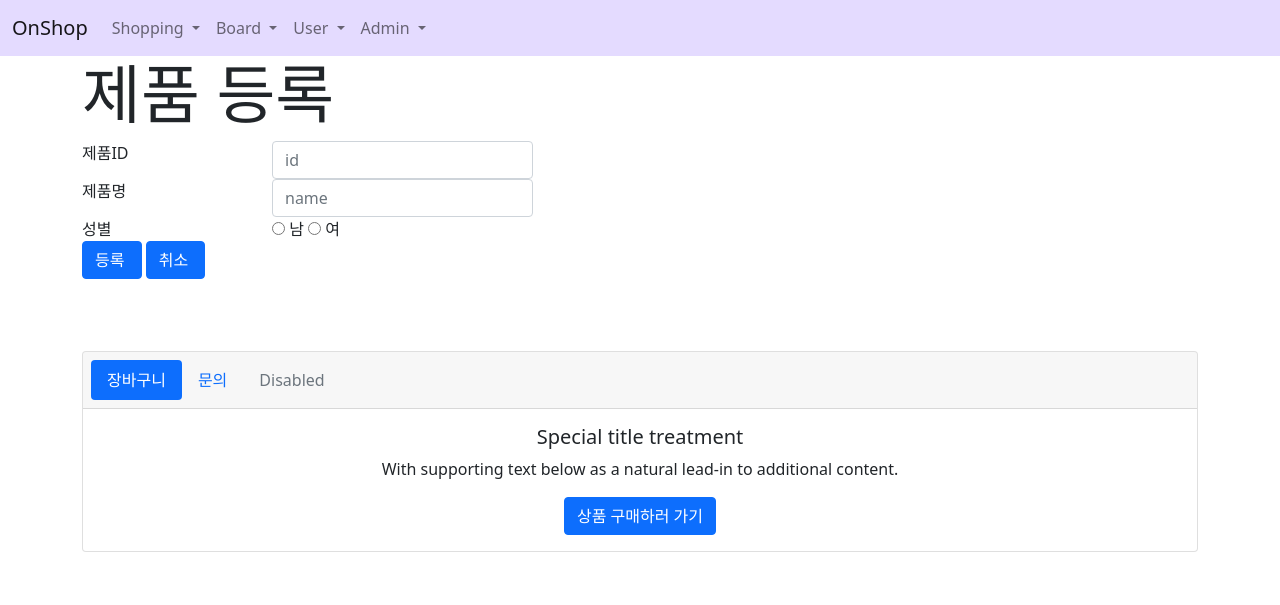
Repository: HimNahyeon/devClassBackup
Page: http://localhost/WebShop2/product/addProduct.jsp
These files come from the project's save history. The page is drawn as it stood at one moment and after the next save; the edit follows.
The browser window is 1280 px wide. The pictures show the whole page.
The page is served by Tomcat 9. Other server files are loaded and not shown.

Above is the page before, as saved 2021-11-04 06:09:10.

### jsp/WebShop2/WebContent/product/addProduct.jsp
<%@ page language="java" contentType="text/html; charset=UTF-8"
    pageEncoding="UTF-8"%>
<!DOCTYPE html>
<html>
<head>
<meta charset="UTF-8">
<title>제품등록</title>
</head>
<body>
<%@ include file = "../header.jsp" %>
	   <div class="jumbotron">
      <div class="container">
         <h1 class="display-3">제품 등록</h1>
      </div>
   </div>

   <div class="container">
      <form name="newProduct" class="form-horizontal"  action="addCheck.jsp" method="post" onsubmit="return checkForm()">
         <div class="form-group  row">
            <label class="col-sm-2 ">제품ID</label>
            <div class="col-sm-3">
               <input name="id" type="text" class="form-control" placeholder="id" >
            </div>
         </div>
         <div class="form-group  row">
            <label class="col-sm-2">제품명</label>
            <div class="col-sm-3">
               <input name="name" type="text" class="form-control" placeholder="name" >
            </div>
         </div>
         <div class="form-group  row">
            <label class="col-sm-2">성별</label>
            <div class="col-sm-10">
               <input name="gender" type="radio" value="남" /> 남
               <input name="gender" type="radio" value="여" /> 여
            </div>
         </div>
         <div class="form-group  row">
            <div class="col-sm-offset-2 col-sm-10 ">
               <input type="submit" class="btn btn-primary " value="등록 " >
               <input type="reset" class="btn btn-primary " value="취소 " onclick="reset()" >
            </div>
         </div>
      </form>
<%@ include file = "../footer.jsp" %>
</body>
</html>

### jsp/WebShop2/WebContent/header.jsp
<%@ page language="java" contentType="text/html; charset=UTF-8"
    pageEncoding="UTF-8"%>
<!DOCTYPE html>
<html>
<head>
<meta charset="UTF-8">
<link href="https://cdn.jsdelivr.net/npm/bootstrap@5.1.3/dist/css/bootstrap.min.css" rel="stylesheet" integrity="sha384-1BmE4kWBq78iYhFldvKuhfTAU6auU8tT94WrHftjDbrCEXSU1oBoqyl2QvZ6jIW3" crossorigin="anonymous">
<script src="https://cdn.jsdelivr.net/npm/bootstrap@5.1.3/dist/js/bootstrap.bundle.min.js" integrity="sha384-ka7Sk0Gln4gmtz2MlQnikT1wXgYsOg+OMhuP+IlRH9sENBO0LRn5q+8nbTov4+1p" crossorigin="anonymous"></script>
<title>Insert title here</title>
</head>
<body>
<nav class="navbar navbar-expand-lg navbar-light" style="background-color: #e4dbff;">
  <div class="container-fluid">
    <a class="navbar-brand" href="/">OnShop</a>
    <button class="navbar-toggler" type="button" data-bs-toggle="collapse" data-bs-target="#navbarNavDropdown" aria-controls="navbarNavDropdown" aria-expanded="false" aria-label="Toggle navigation">
      <span class="navbar-toggler-icon"></span>
    </button>
    <div class="collapse navbar-collapse" id="navbarNavDropdown">
      <ul class="navbar-nav">
		<li class="nav-item dropdown">
          <a class="nav-link dropdown-toggle" href="#" id="navbarDropdownMenuLink" role="button" data-bs-toggle="dropdown" aria-expanded="false">
            Shopping
          </a>
          <ul class="dropdown-menu" aria-labelledby="navbarDropdownMenuLink">
            <li><a class="dropdown-item" href="/product/products.jsp">상품목록</a></li>
            <li><a class="dropdown-item" href="#">장바구니</a></li>
          </ul>
        </li>
		<li class="nav-item dropdown">
          <a class="nav-link dropdown-toggle" href="#" id="navbarDropdownMenuLink" role="button" data-bs-toggle="dropdown" aria-expanded="false">
            Board
          </a>
          <ul class="dropdown-menu" aria-labelledby="navbarDropdownMenuLink">
            <li><a class="dropdown-item" href="#">글목록</a></li>
            <li><a class="dropdown-item" href="#">글쓰기</a></li>
          </ul>
        </li>
     	<li class="nav-item dropdown">
          <a class="nav-link dropdown-toggle" href="#" id="navbarDropdownMenuLink" role="button" data-bs-toggle="dropdown" aria-expanded="false">
            User
          </a>
          <ul class="dropdown-menu" aria-labelledby="navbarDropdownMenuLink">
            <li><a class="dropdown-item" href="/member/loginMember.jsp">로그인</a></li>
            <li><a class="dropdown-item" href="#">로그아웃</a></li>
            <li><a class="dropdown-item" href="#">회원가입</a></li>
            <li><a class="dropdown-item" href="#">회원탈퇴</a></li>
          </ul>
        </li>
       	<li class="nav-item dropdown">
          <a class="nav-link dropdown-toggle" href="#" id="navbarDropdownMenuLink" role="button" data-bs-toggle="dropdown" aria-expanded="false">
            Admin
          </a>
          <ul class="dropdown-menu" aria-labelledby="navbarDropdownMenuLink">
            <li><a class="dropdown-item" href="/product/addProduct.jsp">제품등록</a></li>
            <li><a class="dropdown-item" href="/member/listMember.jsp">회원관리</a></li>
          </ul>
        </li>
      </ul>
    </div>
  </div>
</nav>

</body>
</html>

### jsp/WebShop2/WebContent/footer.jsp
<%@ page language="java" contentType="text/html; charset=UTF-8"
    pageEncoding="UTF-8"%>


<script src="https://cdn.jsdelivr.net/npm/bootstrap@5.1.3/dist/js/bootstrap.bundle.min.js" integrity="sha384-ka7Sk0Gln4gmtz2MlQnikT1wXgYsOg+OMhuP+IlRH9sENBO0LRn5q+8nbTov4+1p" crossorigin="anonymous"></script>

    <br><br><br>

    <div class="card text-center">
  <div class="card-header">
    <ul class="nav nav-pills card-header-pills">
      <li class="nav-item">
        <a class="nav-link active" href="#">장바구니</a>
      </li>
      <li class="nav-item">
        <a class="nav-link" href="#">문의</a>
      </li>
      <li class="nav-item">
        <a class="nav-link disabled" href="#" tabindex="-1" aria-disabled="true">Disabled</a>
      </li>
    </ul>
  </div>
  <div class="card-body">
    <h5 class="card-title">Special title treatment</h5>
    <p class="card-text">With supporting text below as a natural lead-in to additional content.</p>
    <a href="/product/products.jsp" class="btn btn-primary">상품 구매하러 가기</a>
  </div>
</div>

After the next save:
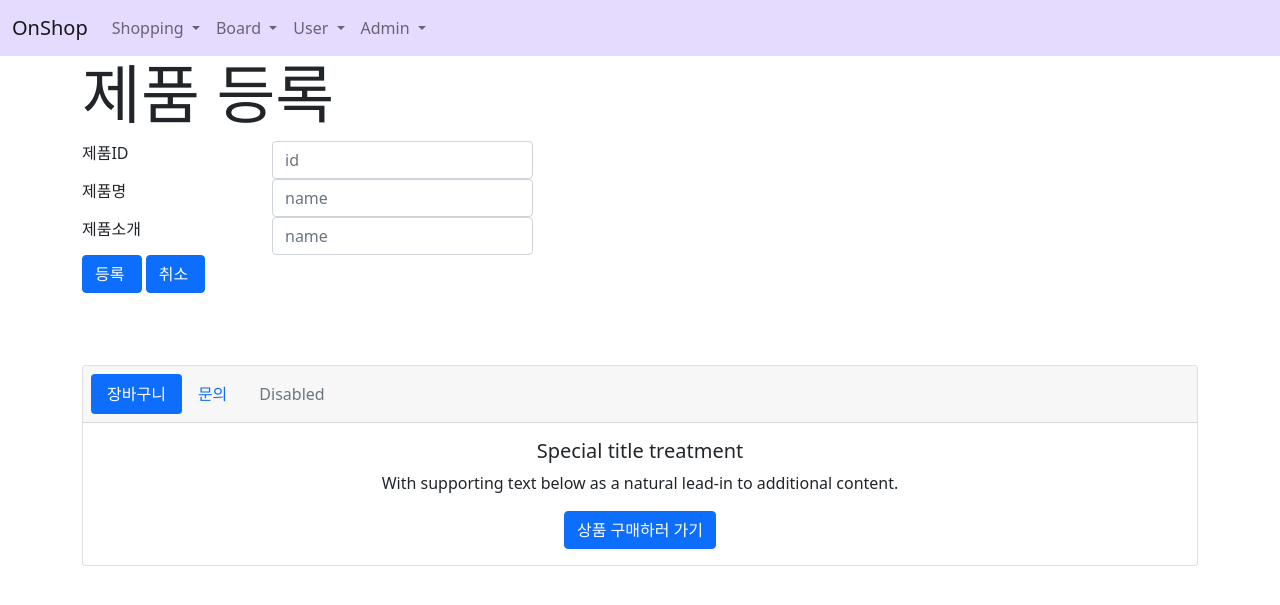
Saved 15 s later.
--- a/jsp/WebShop2/WebContent/product/addProduct.jsp
+++ b/jsp/WebShop2/WebContent/product/addProduct.jsp
@@ -29,10 +29,9 @@
             </div>
          </div>
          <div class="form-group  row">
-            <label class="col-sm-2">성별</label>
-            <div class="col-sm-10">
-               <input name="gender" type="radio" value="남" /> 남
-               <input name="gender" type="radio" value="여" /> 여
+            <label class="col-sm-2">제품소개</label>
+            <div class="col-sm-3">
+               <input name="name" type="text" class="form-control" placeholder="name" >
             </div>
          </div>
          <div class="form-group  row">
